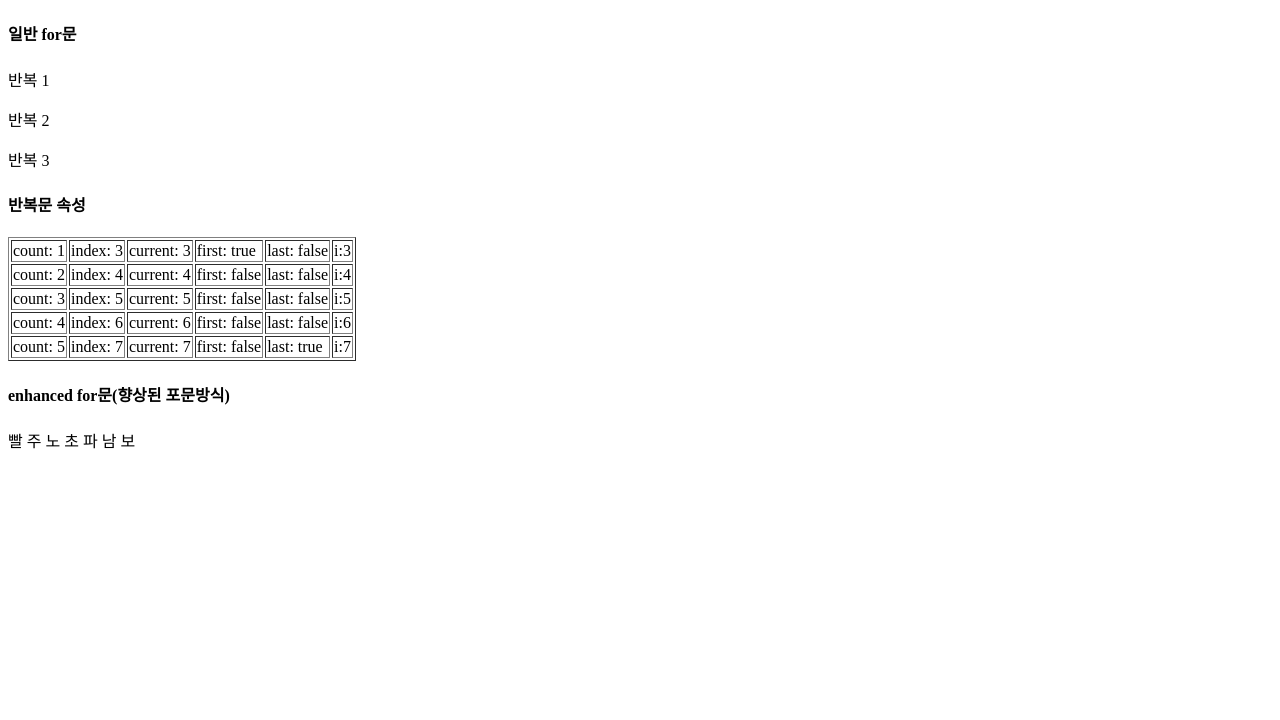
Repository: parkho96/testnum2
Page: http://localhost/jspstudy/11JSTL/ForEach.jsp
The author's editor kept a copy of each file at every save. The page is drawn from the files as they stood at one save, then again after the next save.
The browser window is 1280 px wide. The pictures show the whole page.
The page is served by Tomcat 9. Other server files are loaded and not shown.

Above is the page before, as saved 2023-04-10 04:01:27.

### workjsp/jspstudy/src/main/webapp/11JSTL/ForEach.jsp
<%@ page language="java" contentType="text/html; charset=UTF-8"
    pageEncoding="UTF-8"%>
<%@ page import="java.util.*" %>
<%@ page import="common.Person" %>
<%@ taglib prefix="c" uri="http://java.sun.com/jsp/jstl/core" %>
<!DOCTYPE html>
<html>
<head>
<meta charset="UTF-8">
<title>JSTL core forEach</title>
</head>
<body>
	<h4>일반 for문</h4>
	<!-- 디폴트로는 step는 1로 설정함 -->
	<c:forEach var="i" begin="1" end="3" step="1">
		<p>반복 ${i}</p>
	</c:forEach>

	<h4>반복문 속성</h4>
	<table border="1">
	<c:forEach begin="3" end="7" var="i" varStatus="loop">
		<tr>
			<!-- 반복순서 -->
			<td>count: ${loop.count}</td>

			<!-- 인덱스 값 -->
			<td>index: ${loop.index}</td>

			<!-- 현재 위치 값 -->
			<td>current: ${loop.current}</td>

			<!-- 처음인지 아닌지? -->
			<td>first: ${loop.first}</td>

			<!-- 마지막인지 아닌지? -->
			<td>last: ${loop.last}</td>

			<!-- 인덱스 값 -->
			<td>i:${i}</td>
		</tr>
	</c:forEach>
	</table>


	<h4>enhanced for문(향상된 포문방식)</h4>
	<%
		String[] rainbow={"빨","주","노","초","파","남","보"};
	%>
	<c:forEach items="<%=rainbow%>" var="color">
		<span>${color}</span>
	</c:forEach>
	<%
		String[] rainbow2={"red","orange","yellow","green","blue","navy","purple"};
	%>


</body>
</html>

After the next save:
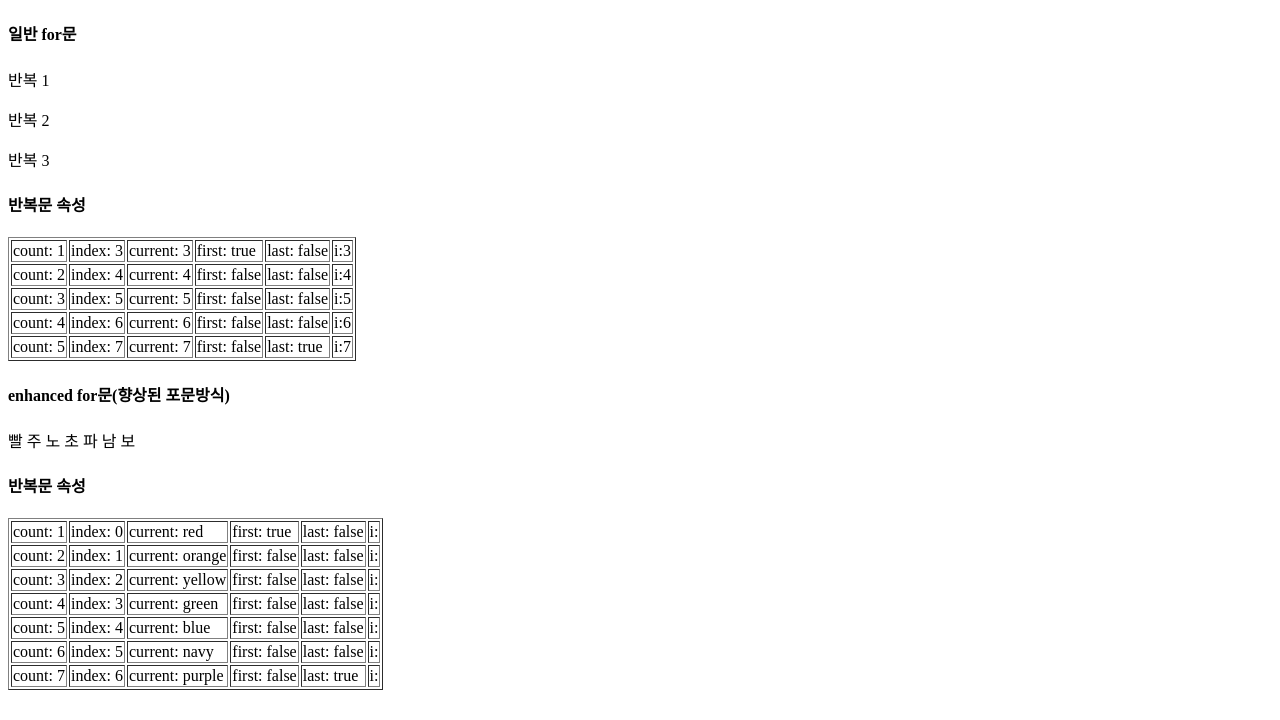
Saved 96 s later.
--- a/workjsp/jspstudy/src/main/webapp/11JSTL/ForEach.jsp
+++ b/workjsp/jspstudy/src/main/webapp/11JSTL/ForEach.jsp
@@ -52,7 +52,20 @@
 	<%
 		String[] rainbow2={"red","orange","yellow","green","blue","navy","purple"};
 	%>
+	<h4>반복문 속성</h4>
 
+	<table border="1">
+	<c:forEach items="<%=rainbow2 %>" var="color" varStatus="loop">
+		<tr>
+			<td>count: ${loop.count}</td>
+			<td>index: ${loop.index}</td>
+			<td>current: ${loop.current}</td>
+			<td>first: ${loop.first}</td>
+			<td>last: ${loop.last}</td>
+			<td>i:${i}</td>
+		</tr>
+	</c:forEach>
+	</table>
 
 </body>
 </html>
